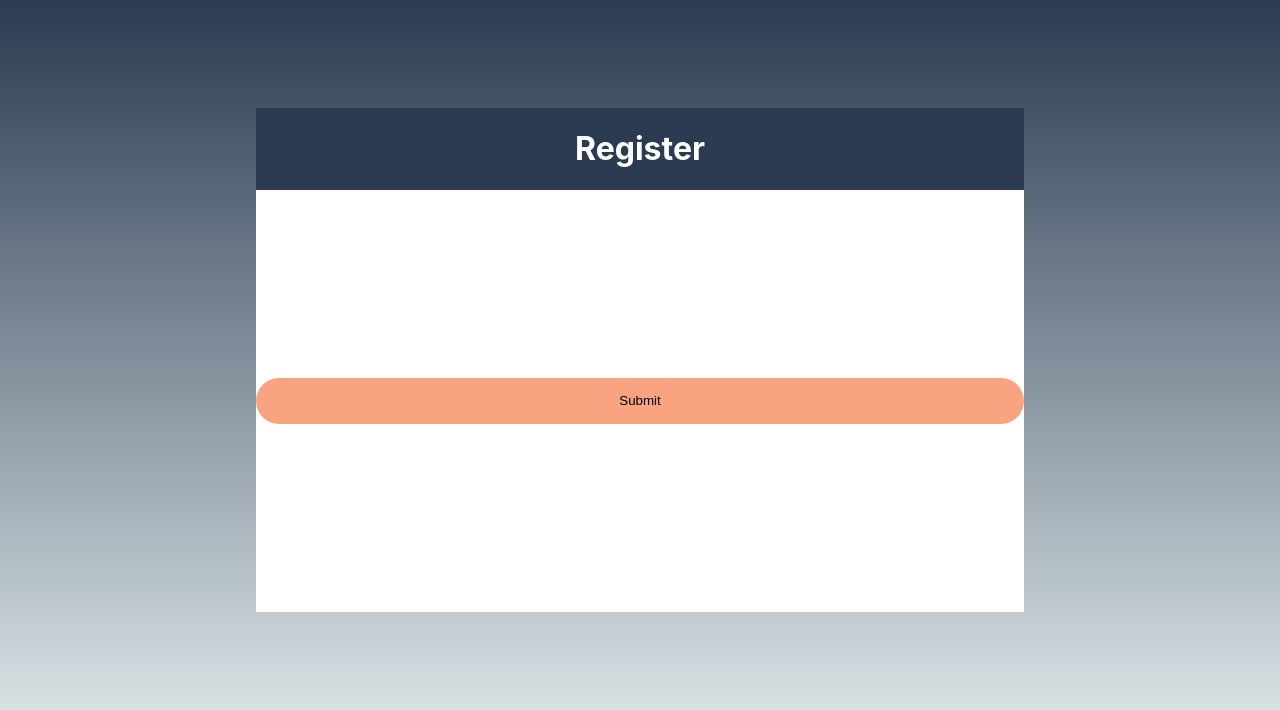
Repository: fatimash2123/todoApp
Page: /
An editor plug-in stored every save of this project. The page is shown before and after the next save, followed by the edit.
The browser window is 1280 px wide. The pictures show the whole page.
The project was rebuilt for these pictures with package versions that can differ from the ones it lists, and the page was loaded fresh each time.

Above is the page before, as saved 2024-02-12 16:53:47.

After the next save:
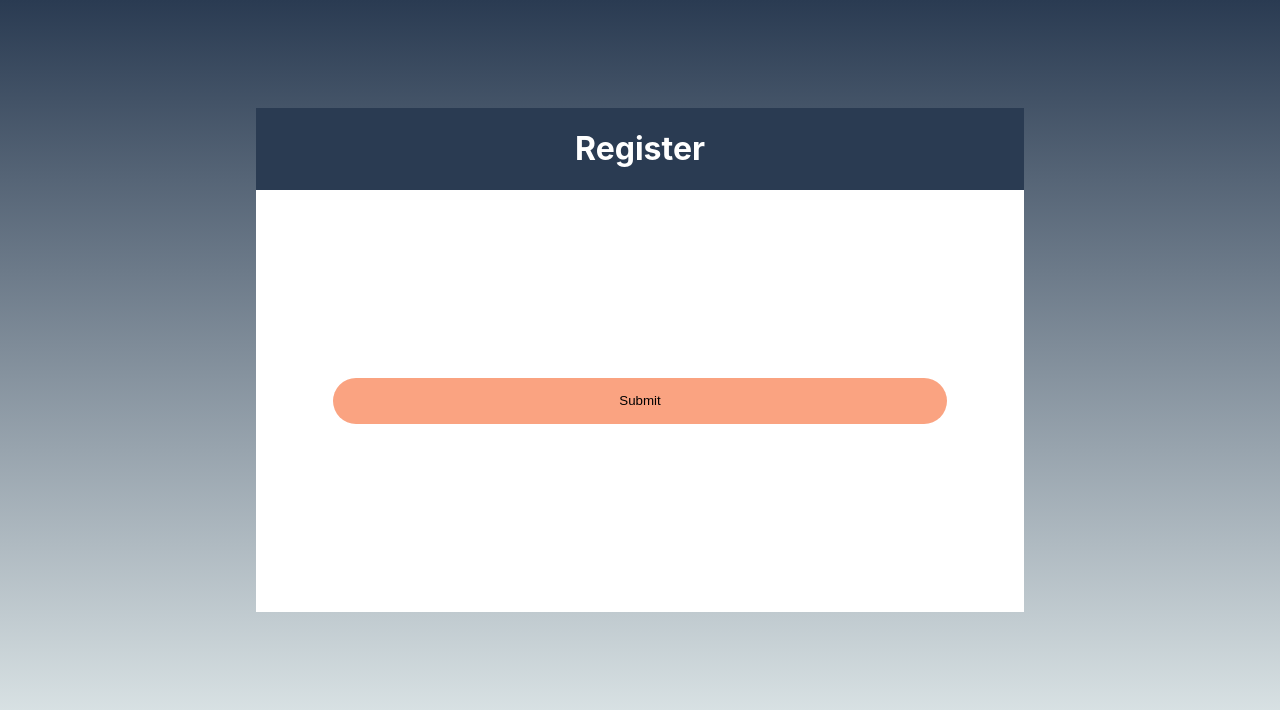
Saved 12 s later.
--- a/src/components/Button/Button.module.css
+++ b/src/components/Button/Button.module.css
@@ -1,8 +1,7 @@
 .button{
     background-color: #FAA381;
-    width:100%;
+    width:80%;
     border:none;
     padding:2%;
     border-radius: 50px;
-margin:5px;
 }
